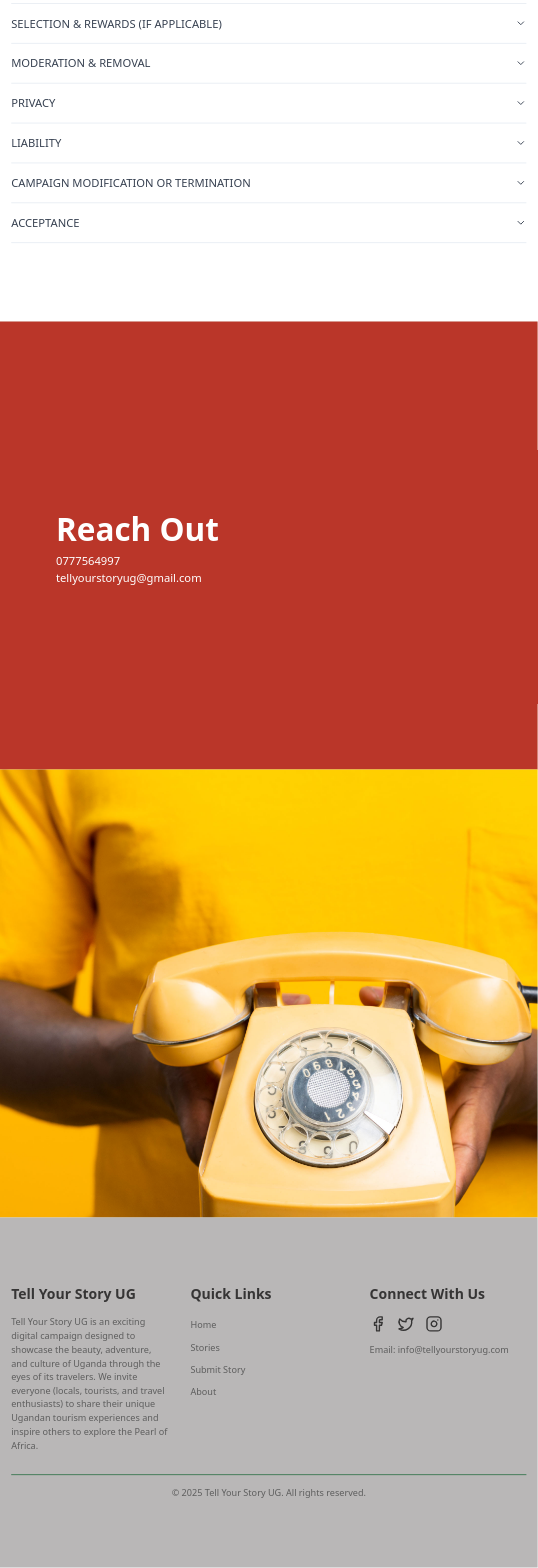
Repository: kaizoku010/take.part
Page: /
The author's editor kept a copy of each file at every save. The page is drawn from the files as they stood at one save, then again after a run of saves.
The browser window is 768 px wide. The pictures show the part of the page from y = 4075 to 6315 px (the page is 6315 px tall before and 6235 px after), at 70% of full size.
Backgrounds fixed to the window are drawn as part of the page. The project was rebuilt for these pictures with package versions that can differ from the ones it lists, and the page was loaded fresh each time. Also part of the build but not shown: vite.config.ts, src/components/ui/tooltip.tsx, src/pages/About.tsx, src/components/ui/input.tsx, src/pages/Stories.tsx, src/pages/StoryDetail.tsx, src/components/ui/use-toast.ts, src/components/ui/label.tsx and 3 more.

Above is the page before, as saved 2025-04-14 17:07:17.

After the next 6 saves:
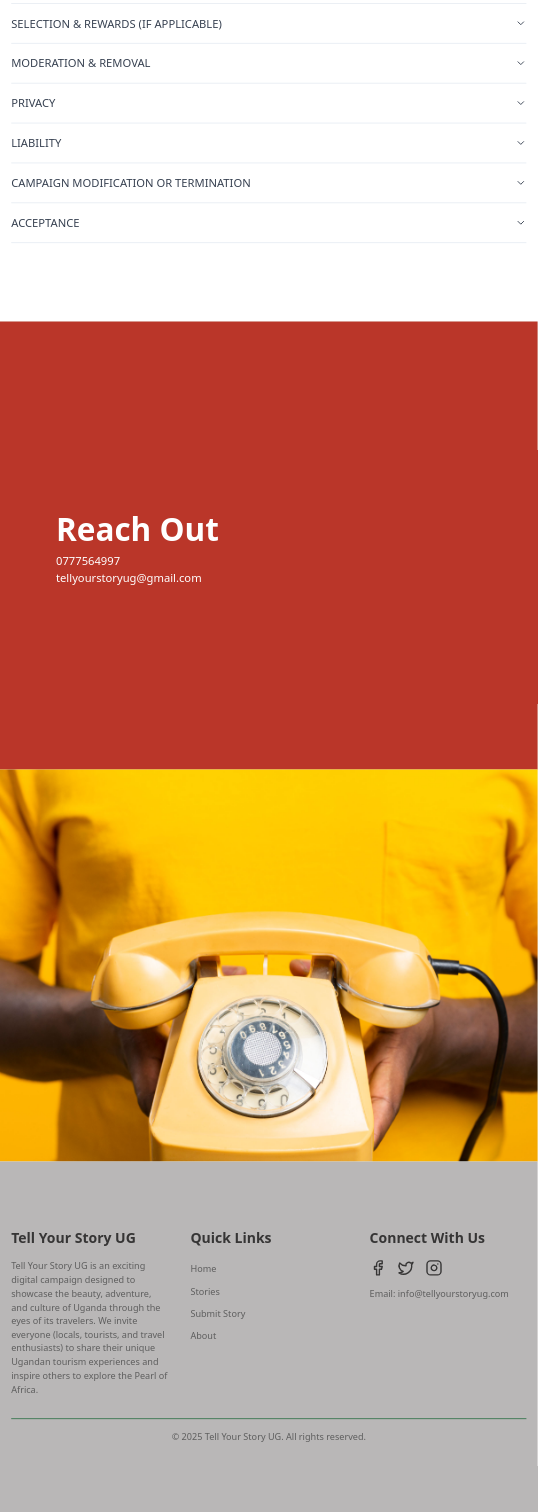
The 6 saves are shown as one change because they came seconds apart.
The last was saved 15 s later.
--- a/src/mobile.css
+++ b/src/mobile.css
@@ -44,7 +44,8 @@
 
 #cta-section-2{
     width: 100%;
-    height: 40rem;
+    background-position: center;
+    height: 35rem;
 }
 
 #cta-section > p{
